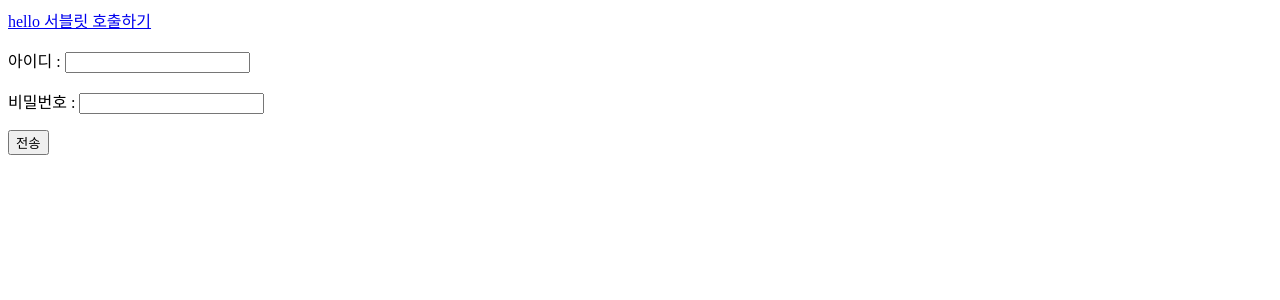
Repository: zhyuk/FullStackStudy
Page: http://localhost/mvcproject02/mvc.jsp
The author's editor kept a copy of each file at every save. The page is drawn from the files as they stood at one save, then again after the next save.
The browser window is 1280 px wide. The pictures show the whole page.
The page is served by Tomcat 9. Other server files are loaded and not shown.

Above is the page before, as saved 2024-09-05 03:36:42.

### jsp/jspwork/mvcproject02/src/main/webapp/mvc.jsp
<%@ page contentType="text/html; charset=utf-8"%>
<html>
<head>
<title>MVC</title>
</head>
<body>
	<a href="hello">hello 서블릿 호출하기</a>

	<!-- action="member" : 서블릿으로 이동 -->
	<form method="post" action="member">
		<p>	아이디 : <input type="text" name="id"></p>
		<p>	비밀번호 : <input type="password" name="password"></p>
		<p>	<input type="submit" value="전송"></p>
	</form>
</body>
</html>

After the next save:
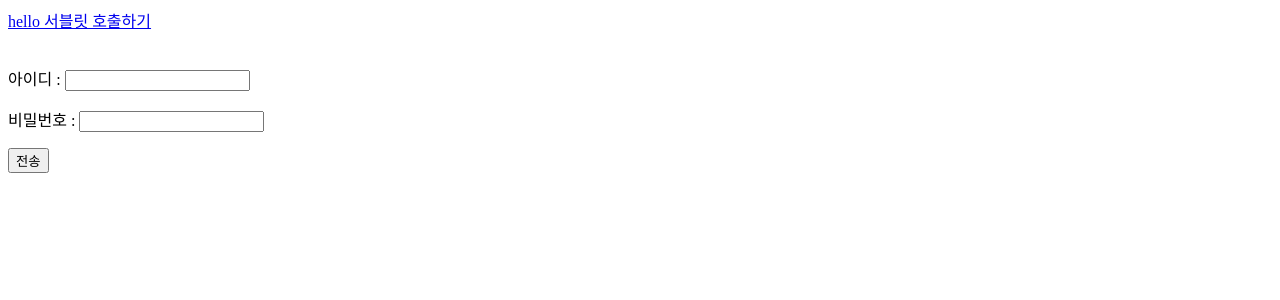
Saved 7 s later.
--- a/jsp/jspwork/mvcproject02/src/main/webapp/mvc.jsp
+++ b/jsp/jspwork/mvcproject02/src/main/webapp/mvc.jsp
@@ -4,7 +4,7 @@
 <title>MVC</title>
 </head>
 <body>
-	<a href="hello">hello 서블릿 호출하기</a>
+	<a href="hello">hello 서블릿 호출하기</a><br><br>
 
 	<!-- action="member" : 서블릿으로 이동 -->
 	<form method="post" action="member">
